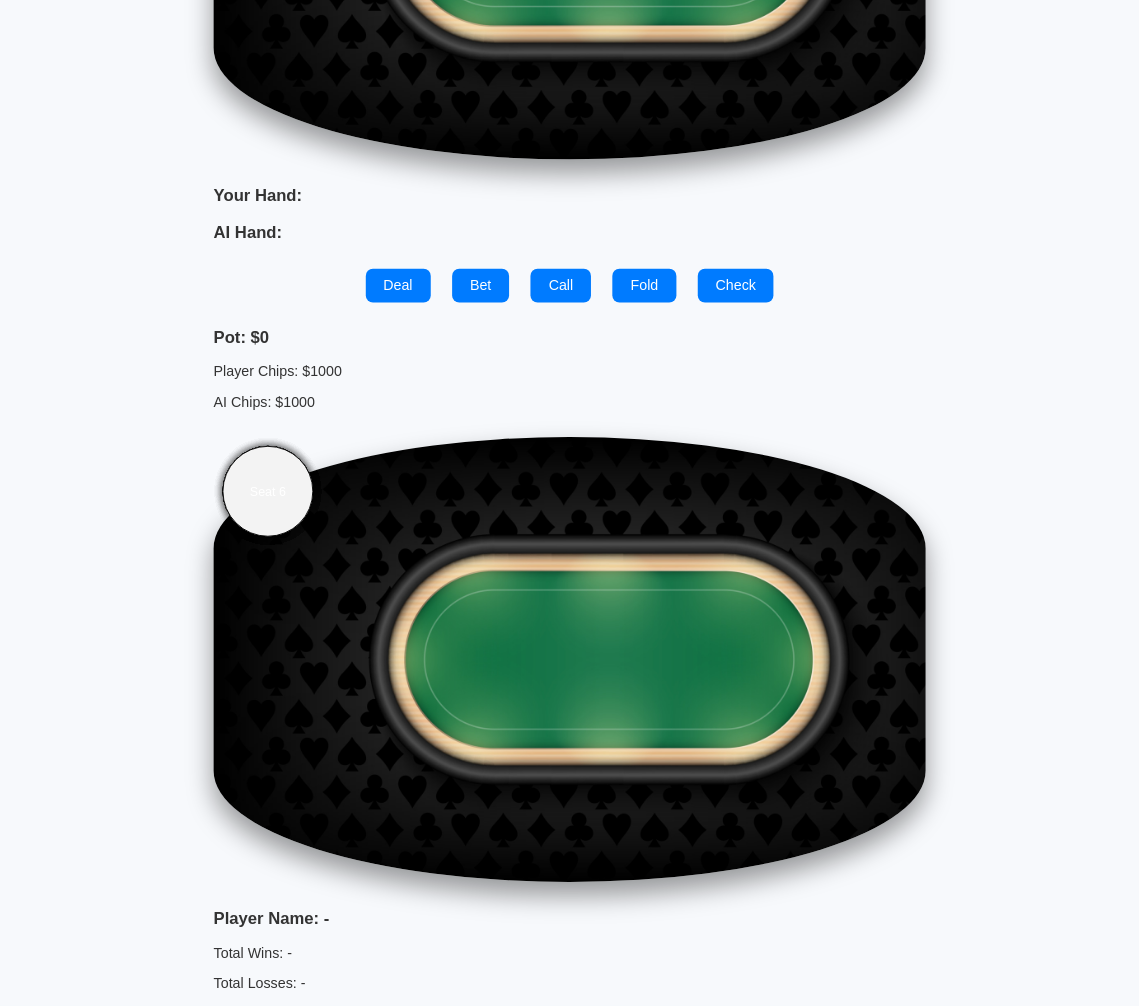
Repository: KidBillionaire/newapp
Page: public/playTable.html
These files come from the project's save history. The page is drawn as it stood at one moment and after the next save; the edit follows.
The browser window is 1280 px wide. The pictures show the whole page, at 89% of full size.

Above is the page before, as saved 2024-10-10 18:53:10.

### public/playTable.html
<!DOCTYPE html>
<html lang="en">
<head>
    <meta charset="UTF-8">
    <meta name="viewport" content="width=device-width, initial-scale=1.0">
    <title>Play Poker Table</title>
    <link rel="stylesheet" href="styles.css">
</head>
<body>
    <div class="container">
        <h1 id="tableNameHeading">Poker Table</h1>

        <!-- Poker Table Container -->
        <div id="pokerTableContainer">
            <!-- Community Cards Container -->
            <div id="communityCardsContainer">
                <div class="community-card" id="card1"></div>
                <div class="community-card" id="card2"></div>
                <div class="community-card" id="card3"></div>
                <div class="community-card" id="card4"></div>
                <div class="community-card" id="card5"></div>
            </div>
        </div>

        <!-- Player Hand and AI Hand Containers -->
        <div id="playerHandContainer">
            <h3>Your Hand:</h3>
            <div id="playerHand" class="hand-container"></div>
        </div>
        <div id="aiHandContainer">
            <h3>AI Hand:</h3>
            <div id="aiHand" class="hand-container"></div>
        </div>

        <!-- Action Buttons -->
        <div id="actionsContainer">
            <button id="dealButton">Deal</button>
            <button id="betButton" disabled>Bet</button>
            <button id="callButton" disabled>Call</button>
            <button id="foldButton" disabled>Fold</button>
            <button id="checkButton" disabled>Check</button>
        </div>

        <!-- Player Information and Pot Display -->
        <div id="playerInfo">
            <h3 id="currentPot">Pot: $0</h3>
            <p id="playerChips">Player Chips: $1000</p>
            <p id="aiChips">AI Chips: $1000</p>
        </div>

        <!-- Seat Container -->
        <div id="pokerTableContainer">
            <div id="seatsContainer">
                <div class="seat" id="seat1" data-seat="1">Seat 1</div>
                <div class="seat" id="seat2" data-seat="2">Seat 2</div>
                <div class="seat" id="seat3" data-seat="3">Seat 3</div>
                <div class="seat" id="seat4" data-seat="4">Seat 4</div>
                <div class="seat" id="seat5" data-seat="5">Seat 5</div>
                <div class="seat" id="seat6" data-seat="6">Seat 6</div>
            </div>
        </div>

        <!-- Modal to enter user ID -->
        <div id="userModal" class="modal">
            <div class="modal-content">
                <span class="close">&times;</span>
                <h3>Enter Friend's User ID</h3>
                <input type="text" id="userIdInput" placeholder="Enter User ID">
                <button id="submitUserId">Submit</button>
            </div>
        </div>

        <!-- Player Information Section -->
        <div id="playerInfo">
            <h3 id="currentPlayerName">Player Name: -</h3>
            <p id="currentPlayerWins">Total Wins: -</p>
            <p id="currentPlayerLosses">Total Losses: -</p>
        </div>
    </div>

    <!-- JavaScript for Game Logic -->
    <script>
        // Get references to HTML elements
        const pokerTableContainer = document.getElementById('pokerTableContainer');
        const seats = document.querySelectorAll('.seat');
        const userModal = document.getElementById('userModal');
        const closeModal = document.querySelector('.close');
        const submitUserIdButton = document.getElementById('submitUserId');
        const userIdInput = document.getElementById('userIdInput');
        const currentPlayerName = document.getElementById('currentPlayerName');
        const currentPlayerWins = document.getElementById('currentPlayerWins');
        const currentPlayerLosses = document.getElementById('currentPlayerLosses');

        // Show modal when a seat is clicked
        seats.forEach(seat => {
            seat.addEventListener('click', () => {
                userModal.style.display = 'block';
                userIdInput.dataset.seat = seat.dataset.seat; // Store seat info in input for later use
            });
        });

        // Close modal when the close button is clicked
        closeModal.addEventListener('click', () => {
            userModal.style.display = 'none';
        });

        // Handle submission of user ID
        submitUserIdButton.addEventListener('click', async () => {
            const userId = userIdInput.value.trim();
            const seatNumber = userIdInput.dataset.seat;

            if (!userId) {
                alert('Please enter a User ID');
                return;
            }

            // Fetch user data from the server
            try {
                const response = await fetch(`http://localhost:3000/users/${userId}`);
                if (!response.ok) {
                    alert('User not found');
                    return;
                }
                const userData = await response.json();

                // Update player information display
                currentPlayerName.textContent = `Player Name: ${userData.username}`;
                currentPlayerWins.textContent = `Total Wins: ${userData.totalWins}`;
                currentPlayerLosses.textContent = `Total Losses: ${userData.totalLosses}`;

                // Optionally mark the seat as occupied
                const selectedSeat = document.querySelector(`.seat[data-seat="${seatNumber}"]`);
                selectedSeat.textContent = userData.username;
                selectedSeat.style.backgroundColor = '#00cc44'; // Change seat color

                // Close the modal
                userModal.style.display = 'none';
            } catch (error) {
                console.error('Error fetching user data:', error);
                alert('Error fetching user data');
            }
        });
    </script>

    <!-- Modal Styling -->
    <style>
        .modal {
            display: none;
            position: fixed;
            z-index: 1;
            left: 0;
            top: 0;
            width: 100%;
            height: 100%;
            overflow: auto;
            background-color: rgb(0,0,0);
            background-color: rgba(0,0,0,0.4);
        }

        .modal-content {
            background-color: #fefefe;
            margin: 15% auto;
            padding: 20px;
            border: 1px solid #888;
            width: 30%;
        }

        .close {
            color: #aaa;
            float: right;
            font-size: 28px;
            font-weight: bold;
        }

        .close:hover,
        .close:focus {
            color: black;
            text-decoration: none;
            cursor: pointer;
        }
    </style>
</body>
</html>

### public/styles.css
/* Root Variables */
:root {
    --primary-color: #333;
    --secondary-color: #007BFF;
    --background: #f7f9fc;
    --highlight-color: #ff6347;
}

/* General Body Styles */
body {
    font-family: Arial, sans-serif;
    background: var(--background);
    color: var(--primary-color);
    margin: 0;
    display: flex;
    justify-content: center;
    align-items: center;
    height: 100vh;
}

/* Typography */
h1 {
    text-align: center;
    color: var(--primary-color);
}

.montserrat-title,
.montserrat-body {
    font-family: 'Montserrat', sans-serif;
}

.montserrat-title {
    font-weight: 700;
}

.montserrat-body {
    font-weight: 400;
}

/* Button Styles */
button {
    display: inline-block;
    margin: 10px;
    padding: 10px 20px;
    font-size: 16px;
    background-color: var(--secondary-color);
    color: white;
    border: none;
    border-radius: 8px;
    cursor: pointer;
    transition: background-color 0.3s ease-in-out, transform 0.2s;
}

button:hover {
    background-color: #555;
}

/* Action Container */
#actionsContainer {
    text-align: center;
    margin-top: 20px;
}

#dealCardsButton {
    width: 200px;
    margin: 20px auto;
    padding: 10px;
    font-size: 18px;
    cursor: pointer;
    text-align: center;
    border: none;
    background: var(--primary-color);
    color: var(--highlight-color);
    border-radius: 8px;
    transition: background 0.3s ease-in-out, transform 0.2s;
}

#dealCardsButton:hover {
    background: var(--highlight-color);
    color: var(--primary-color);
    transform: scale(1.1);
}

/* Table Styles */
#userTable {
    width: 80%;
    margin: 0 auto;
    border-collapse: collapse;
}

#userTable th, #userTable td {
    border: 1px solid #ddd;
    padding: 8px;
    text-align: center;
}

#userTable th {
    background-color: var(--primary-color);
    color: rgb(81, 14, 14);
}

/* Profile Settings Section */
#profileSettings {
    margin: 20px auto;
    width: 50%;
    border: 1px solid #ddd;
    padding: 20px;
    background-color: #fff;
    box-shadow: 0 0 10px rgba(0, 0, 0, 0.1);
}

#profileSettings label {
    display: inline-block;
    width: 150px;
}

#profileSettings input {
    width: calc(100% - 160px);
    padding: 8px;
    margin: 8px 0;
}

#profileSettings button {
    width: 100%;
    padding: 10px;
}

/* Create Poker Table Page */
.create-table-page {
    background: url('images/vecteezy_poker-table-green-cloth-on-dark-background-vector-illustration_6325236.jpg') center/cover no-repeat;
    background-attachment: fixed;
    height: 100vh;
    display: flex;
    justify-content: center;
    align-items: center;
    position: relative;
}

.create-table-page::after {
    content: '';
    position: absolute;
    top: 0;
    left: 0;
    width: 100%;
    height: 100%;
    background: rgba(255, 255, 255, 0.5);
    z-index: -1;
}

/* Poker Table Container */
#pokerTableContainer {
    width: 800px;
    height: 500px;
    margin: 30px auto;
    background-image: url('/images/vecteezy_poker-table-green-cloth-on-dark-background-vector-illustration_6325236.jpg');
    background-size: cover;
    border-radius: 50% / 25%;
    box-shadow: 0 15px 30px rgba(0, 0, 0, 0.4);
    position: relative;
}

/* Poker Table Elements */
#pokerTable {
    width: 500px;
    height: 500px;
    border-radius: 50%;
    background: var(--background);
    box-shadow: 0 0 20px rgba(0, 0, 0, 0.5);
}

/* Seat Styles */
.seat {
    width: 60px;
    height: 60px;
    border-radius: 50%;
    background-color: var(--primary-color);
    color: white;
    position: absolute;
    display: flex;
    justify-content: center;
    align-items: center;
    font-size: 14px;
    cursor: pointer;
    box-shadow: 0 0 10px rgba(0, 0, 0, 0.2);
    transition: background 0.3s ease;
}

.seat:hover {
    background-color: var(--highlight-color);
}

/* Community Card Styles */
.community-card {
    width: 60px;
    height: 90px;
    background: linear-gradient(135deg, #ffffff, #e9e9e9);
    border-radius: 10px;
    border: 2px solid #333;
    box-shadow: 0 10px 25px rgba(0, 0, 0, 0.2), 0 5px 15px rgba(0, 0, 0, 0.1);
    display: flex;
    justify-content: center;
    align-items: center;
    color: #333;
    font-size: 24px;
    font-weight: bold;
    margin: 0 5px;
    transform: scale(0);
    transition: transform 0.5s ease, box-shadow 0.3s ease-in-out;
}

.community-card.deal {
    transform: scale(1);
}

/* Card Hover Styles */
.community-card:hover {
    box-shadow: 0 15px 35px rgba(0, 0, 0, 0.5), 0 8px 25px rgba(0, 0, 0, 0.2);
    transform: scale(1.05);
}

/* Style the seats */
.seat {
    width: 100px;
    height: 100px;
    border: 1px solid #000;
    margin: 10px;
    display: inline-flex;
    align-items: center;
    justify-content: center;
    cursor: pointer;
    background-color: #f3f3f3;
  }

  .seat:hover {
    background-color: #00cc44;
  }

  /* Modal Styles */
  .modal {
    display: none;
    position: fixed;
    z-index: 1;
    left: 0;
    top: 0;
    width: 100%;
    height: 100%;
    overflow: auto;
    background-color: rgb(0, 0, 0);
    background-color: rgba(0, 0, 0, 0.4);
  }

  .modal-content {
    background-color: #fefefe;
    margin: 15% auto;
    padding: 20px;
    border: 1px solid #888;
    width: 30%;
  }

  .close {
    color: #aaa;
    float: right;
    font-size: 28px;
    font-weight: bold;
  }

  .close:hover,
  .close:focus {
    color: black;
    text-decoration: none;
    cursor: pointer;
  }

After the next save:
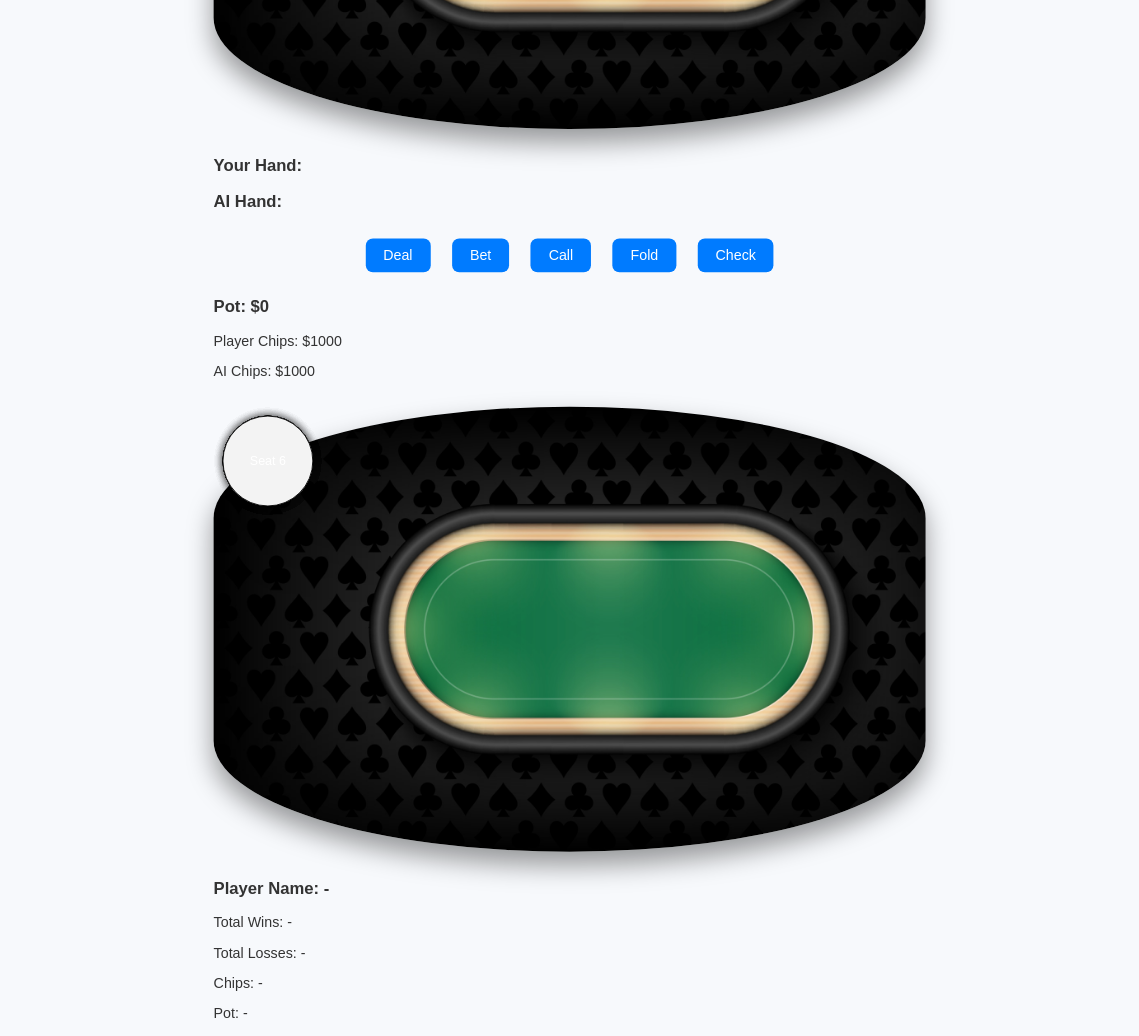
Saved 108 s later.
--- a/public/playTable.html
+++ b/public/playTable.html
@@ -75,6 +75,8 @@
             <h3 id="currentPlayerName">Player Name: -</h3>
             <p id="currentPlayerWins">Total Wins: -</p>
             <p id="currentPlayerLosses">Total Losses: -</p>
+            <p id="currentPlayerChips">Chips: -</p>
+            <p id="currentPlayerPot">Pot: -</p>
         </div>
     </div>
 
